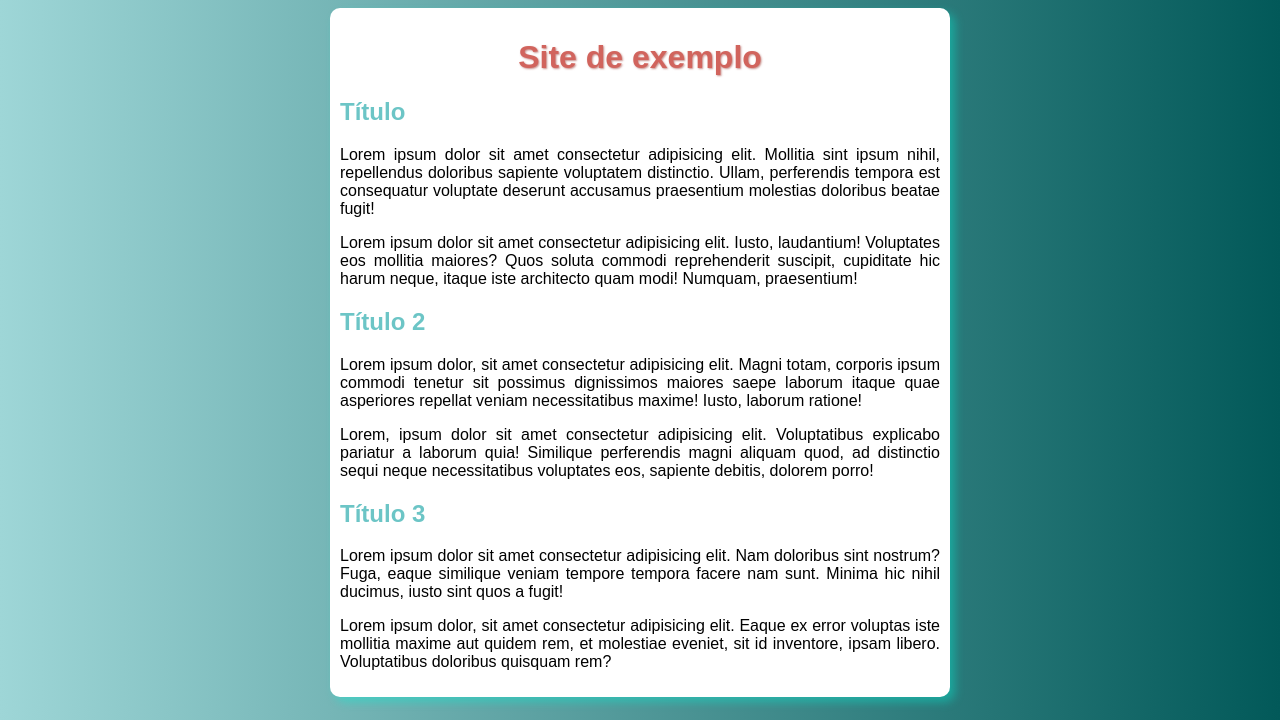
Repository: pheonix5/Estudo
Page: html-css/exercicios/ex016/cor03.html
The author's editor kept a copy of each file at every save. The page is drawn from the files as they stood at one save, then again after the next save.
The browser window is 1280 px wide. The pictures show the whole page.

Above is the page before, as saved 2023-08-10 21:58:31.

After the next save:
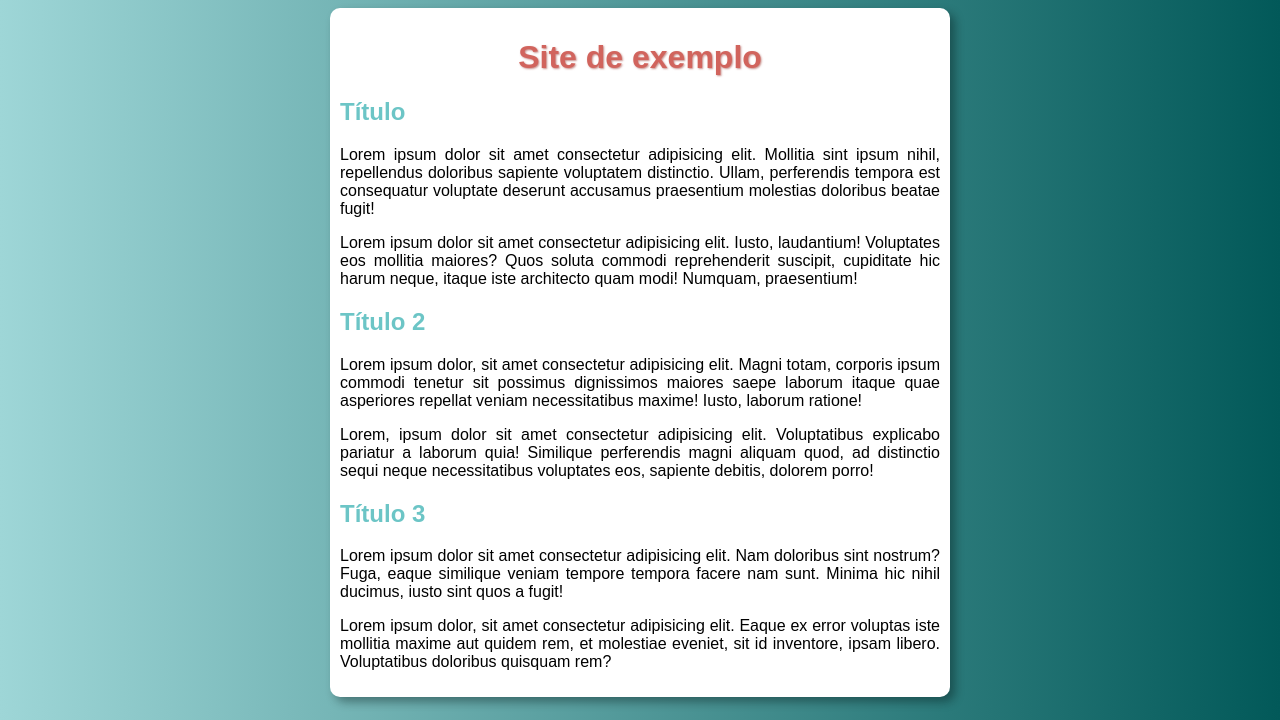
Saved 3 min 10 s later.
--- a/html-css/exercicios/ex016/style.css
+++ b/html-css/exercicios/ex016/style.css
@@ -12,7 +12,7 @@ body{
 main{
   background-color: #FFF;
   border-radius: 10px;
-  box-shadow: 5px 5px 10px rgba(0, 245, 216, 0.384);
+  box-shadow: 5px 5px 10px rgba(1, 19, 17, 0.384);
   width: 600px;
   padding: 10px;
   margin: auto;
